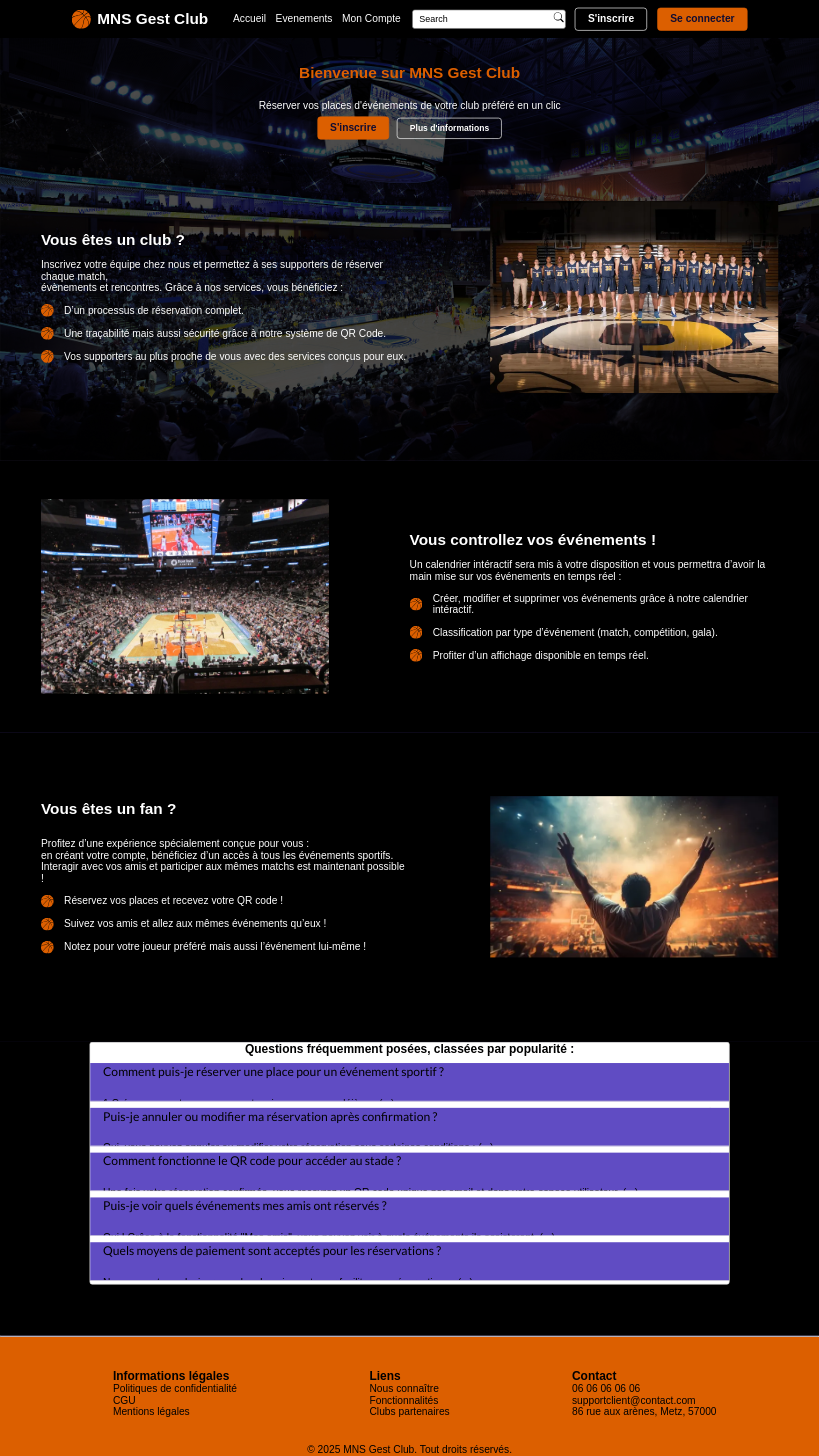
Repository: Sgrini/projetfilrouge
Page: http://localhost/
These files come from the project's save history. The page is drawn as it stood at one moment and after the next save; the edit follows.
The browser window is 1280 px wide. The pictures show the whole page, at 64% of full size.
Some web fonts or font styles are not loaded; a fallback is used. The page is run by PHP 8.4 with error messages shown; the project is at /var/www/html/.

Above is the page before, as saved 2025-05-07 11:08:07.

After the next save:
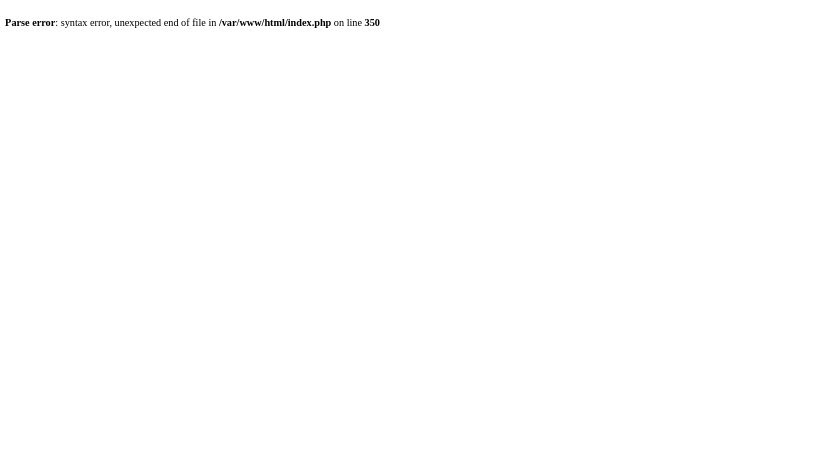
Saved 9 min 21 s later.
--- a/index.php
+++ b/index.php
@@ -38,8 +38,11 @@
           </div>
           <!-- Boutons d'inscription et de connexion -->
           <div class="buttons">
+            <?php if (!isset($_SESSION['utilisateur_id'])): ?>
             <a href="signup.php" class="action-button pro">S'inscrire</a>
             <a href="/admin/login.php" class="action-button">Se connecter</a>
+            <?php else: ?>
+            <a href="/admin/logout.php" class="action-button">Se déconnecter</a>
           </div>
         </div>
       </div>

After the save that followed:
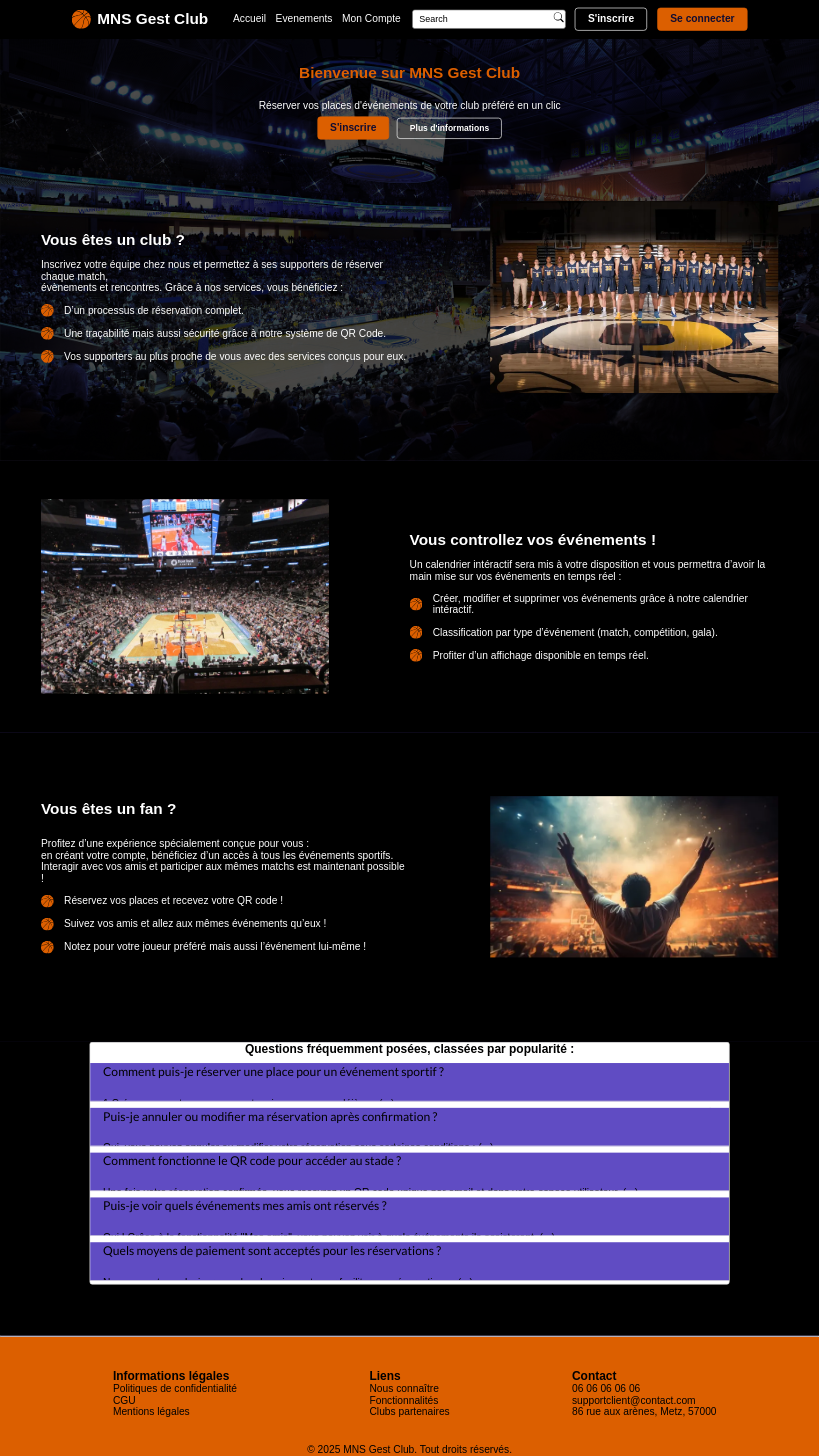
Saved 20 s later.
--- a/index.php
+++ b/index.php
@@ -39,10 +39,11 @@
           <!-- Boutons d'inscription et de connexion -->
           <div class="buttons">
             <?php if (!isset($_SESSION['utilisateur_id'])): ?>
-            <a href="signup.php" class="action-button pro">S'inscrire</a>
-            <a href="/admin/login.php" class="action-button">Se connecter</a>
+              <a href="signup.php" class="action-button pro">S'inscrire</a>
+              <a href="/admin/login.php" class="action-button">Se connecter</a>
             <?php else: ?>
-            <a href="/admin/logout.php" class="action-button">Se déconnecter</a>
+              <a href="/admin/logout.php" class="action-button">Se déconnecter</a>
+            <?php endif; ?>
           </div>
         </div>
       </div>
